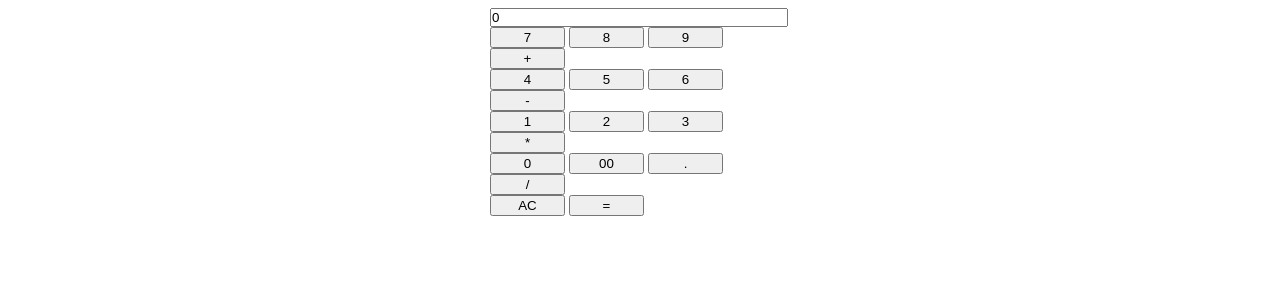
Repository: 7121yamamotorina/memo
Page: index2.html
The author's editor kept a record of every edit. The page is drawn from the files as they stood at one moment, then again after the next edit.
The browser window is 1280 px wide. The pictures show the whole page.
Some web libraries are served in a nearby version.

Above is the page before.

After the next edit:
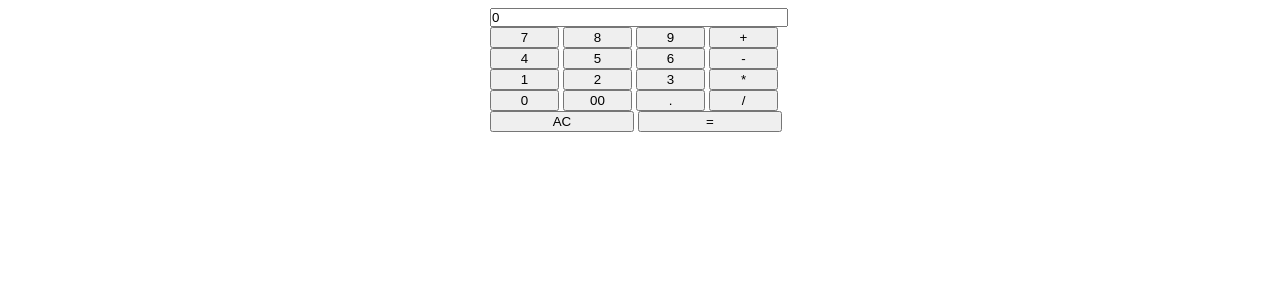
The edit:
--- a/main2.css
+++ b/main2.css
@@ -11,5 +11,8 @@
 
 button{
 
-width: 25%;
+width: 23%;
 }
+.danme5{
+  width:48%;
+}
